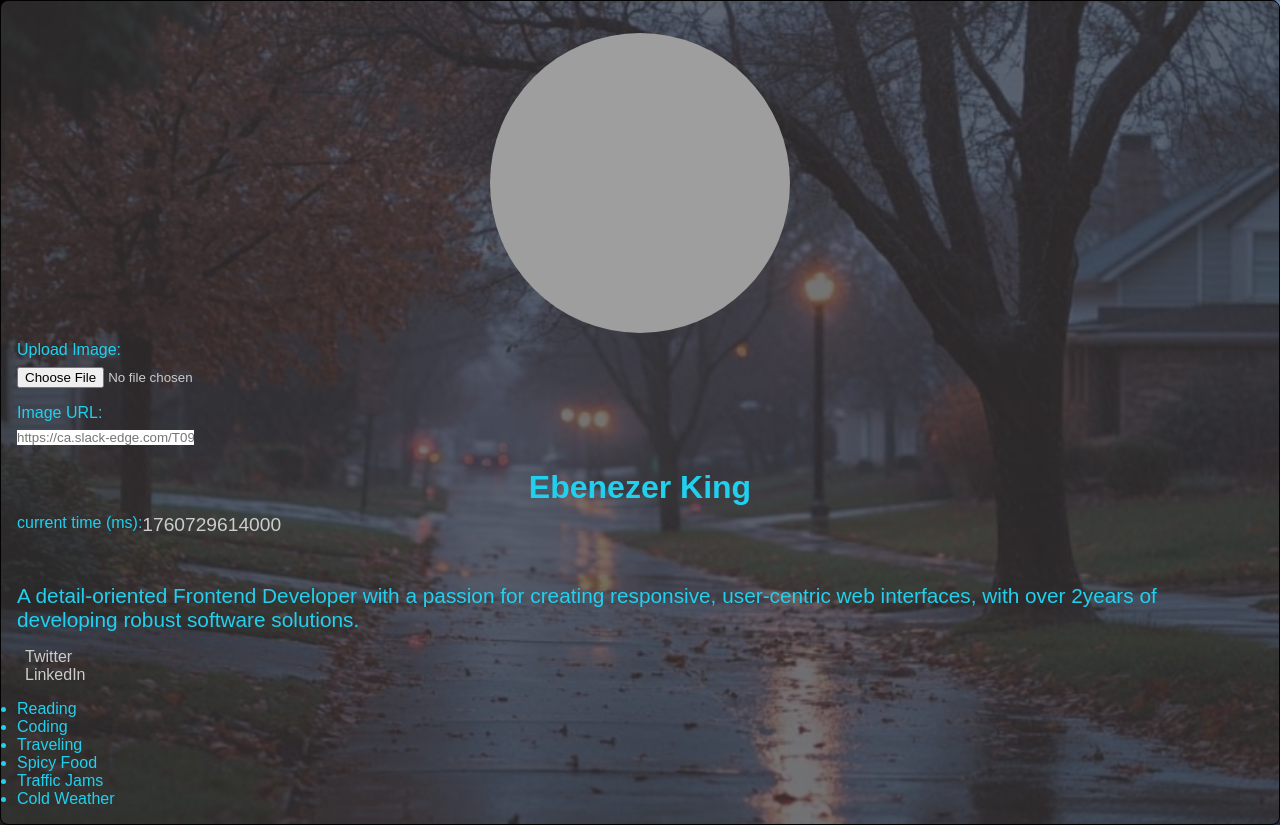
Repository: ebenezertiewei/profileCard
Page: index.html
The author's editor kept a copy of each file at every save. The page is drawn from the files as they stood at one save, then again after a run of saves.
The browser window is 1280 px wide. The pictures show the whole page.
Pictures or frames that could not be fetched are drawn as grey boxes.

Above is the page before, as saved 2025-10-17 23:25:22.

After the next 2 saves:
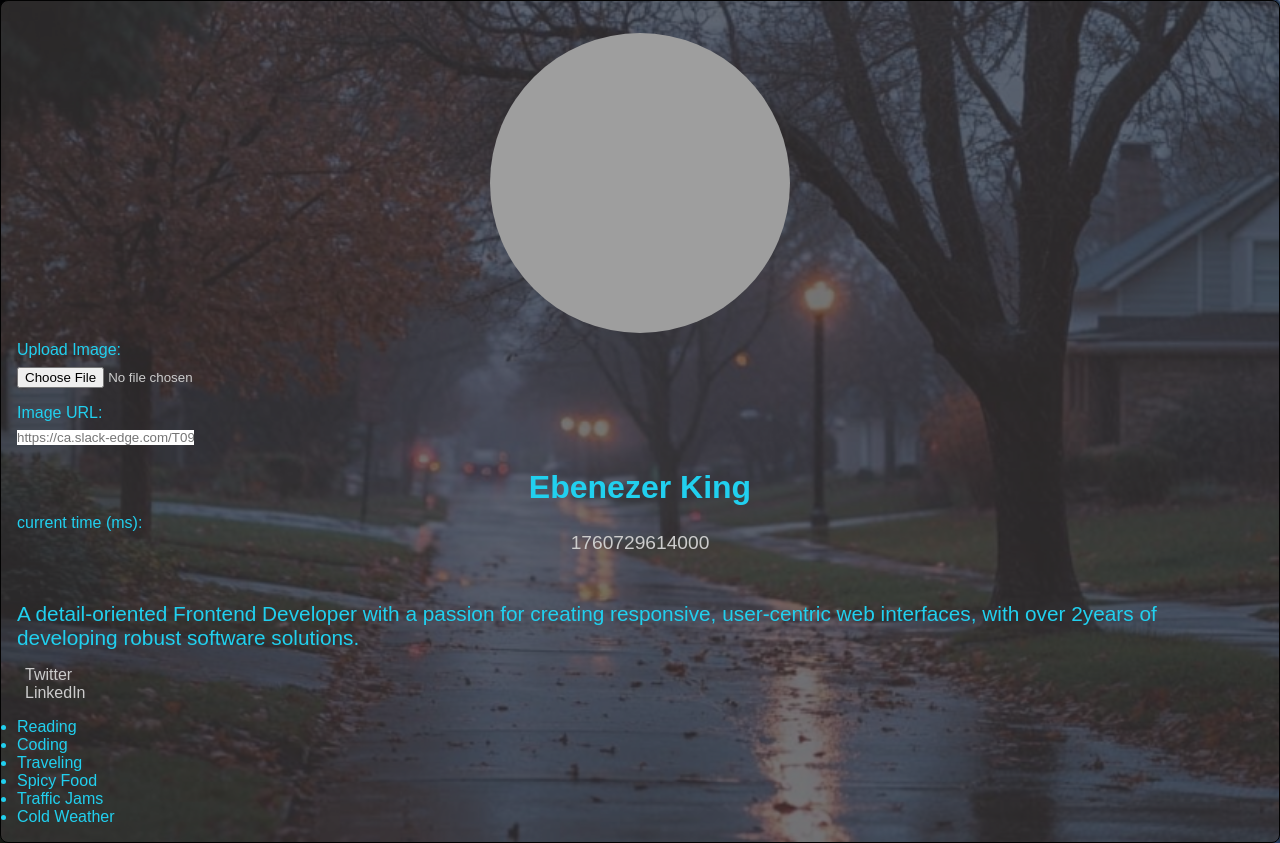
The 2 saves are shown as one change because they came seconds apart.
The last was saved 7 s later.
--- a/style.css
+++ b/style.css
@@ -89,7 +89,7 @@ article[data-testid="test-profile-card"] {
 /*-------------- current time --------------*/
 #profileHeader span[data-testid="test-user-time-container"] {
 	display: flex;
-	jus
+	flex-direction: column;
 	justify-content: center;
 	/* margin: 0.3rem 0; */
 	margin-bottom: 1rem;
